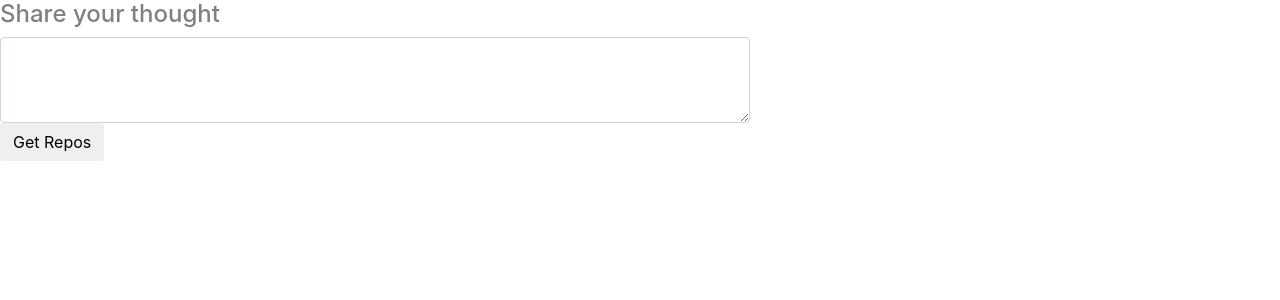
Repository: rashmikagamage/OAuth-Implementation
Page: / (app in frontend/)
The author's editor kept a copy of each file at every save. The page is drawn from the files as they stood at one save, then again after the next save.
The browser window is 1280 px wide. The pictures show the whole page.
Some web libraries are served in a nearby version. The project was rebuilt for these pictures with package versions that can differ from the ones it lists, and the page was loaded fresh each time. Also part of the build but not shown: frontend/src/components/login.js, frontend/src/components/git-home.js, frontend/src/App.css.

Above is the page before, as saved 2021-09-08 09:55:26.

After the next save:
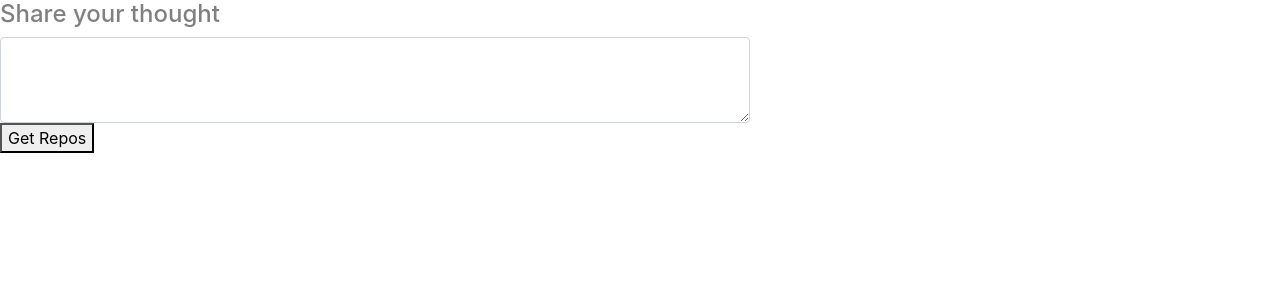
Saved 31 s later.
--- a/frontend/src/components/twitter-home.js
+++ b/frontend/src/components/twitter-home.js
@@ -11,7 +11,7 @@ function TwitterHome(props) {
     <div>
       <h4 class="tweetHeader">Share your thought</h4>
          <textarea class="form-control text" id="exampleFormControlTextarea1" rows="3"></textarea>
-        <button type="button" class="btn tweet-button"onClick={() => tweet()} >Get Repos</button>
+        <button type="button" class="tweet-button"onClick={() => tweet()} >Get Repos</button>
     </div>
   );
 }
